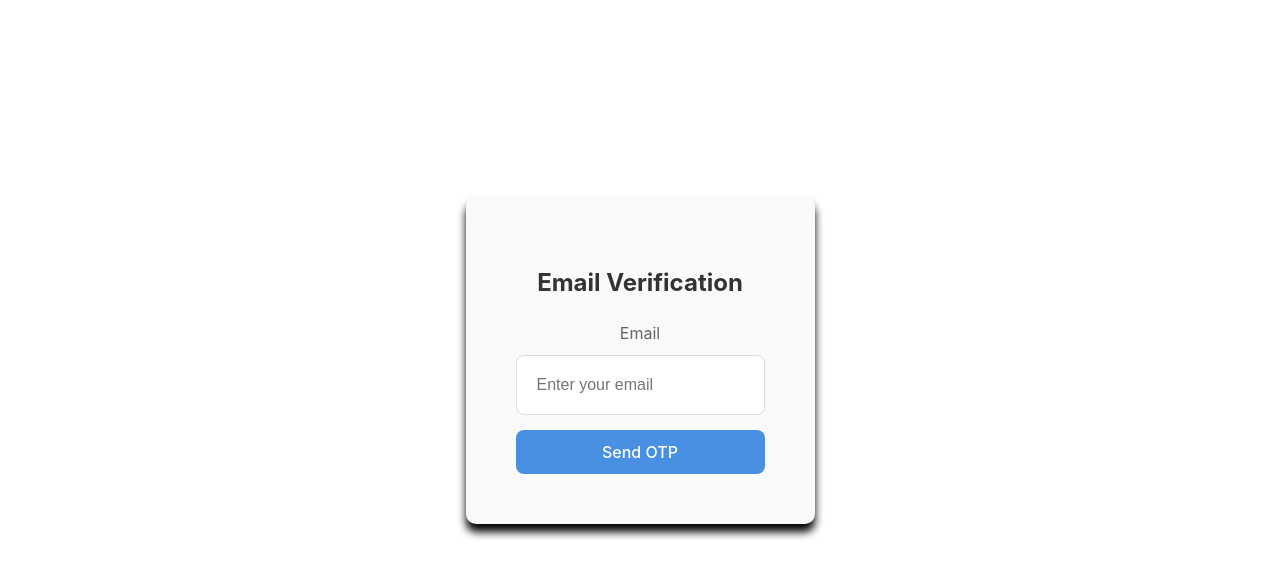
Repository: sarathraj2002/MockTest
Page: / (app in Frontend/)
These files come from the project's save history. The page is drawn as it stood at one moment and after the next save; the edit follows.
The browser window is 1280 px wide. The pictures show the whole page.
The project was rebuilt for these pictures with package versions that can differ from the ones it lists, and the page was loaded fresh each time. Also part of the build but not shown: Frontend/vite.config.js, Frontend/src/components/Home.jsx, Frontend/src/components/Mail.jsx.

Above is the page before, as saved 2024-11-13 17:03:04.

### Frontend/index.html
<!doctype html>
<html lang="en">
  <head>
    <meta charset="UTF-8" />
    <link rel="icon" type="image/svg+xml" href="/vite.svg" />
    <meta name="viewport" content="width=device-width, initial-scale=1.0" />
    <title>MockTest</title>
  </head>
  <body>
    <div id="root"></div>
    <script type="module" src="/src/main.jsx"></script>
  </body>
</html>

### Frontend/src/main.jsx
import { StrictMode } from 'react'
import { createRoot } from 'react-dom/client'
import App from './App.jsx'
import './index.css'
import { BrowserRouter } from 'react-router-dom'


createRoot(document.getElementById('root')).render(
  <StrictMode>
     <BrowserRouter>
    <App />
    </BrowserRouter>
  </StrictMode>,
)

### Frontend/src/App.jsx
import { useState } from 'react'
import './App.css'
import Otp from './components/Otp'
import { Home } from './components/Home'
import { Route,Routes,useNavigate } from 'react-router-dom'
import Mail from './components/Mail'

function App() {
  const [email, setEmail] = useState('');
  const navigate = useNavigate();
  const handleEmailSubmit=(email)=>{
    setEmail(email);
    navigate('/check');
  }


  return (
    <>
    <Routes>
      <Route path='/' element={<Otp onEmailSubmit={handleEmailSubmit}/>}></Route>
      <Route path='/check' element={<Mail/>}></Route>
      <Route path='/home' element={<Home/>}></Route>
    </Routes>
    </>
  )
}

export default App

### Frontend/src/components/Otp.jsx
import React, { useState } from 'react';
import axios from 'axios';

function Email({ onEmailSubmit }) {
  const [email, setEmail] = useState('');
  const [otp, setOtp] = useState('');
  const [errorMessage, setErrorMessage] = useState('');
  const [otpSent, setOtpSent] = useState(false);


  const handleEmailSubmit = async (e) => {
    e.preventDefault();
    setErrorMessage('');
    try {

      const response = await axios.post('http://localhost:5000/api/send-otp', { email });
      const data = response.data;

      console.log(data);

      if (data.success) {
        setOtpSent(true);
        onEmailSubmit(email);
      } else {
        setErrorMessage('Error sending OTP. Please try again.');
      }
    } catch (error) {
      setErrorMessage('An error occurred while sending OTP.');
      console.error('Error:', error);
    }
  };


  const handleOtpSubmit = async (e) => {
    e.preventDefault();
    setErrorMessage('');
    try {
      const response = await axios.post('http://localhost:5000/api/verify-otp', { otp });
      const data = response.data;

      if (data.valid) {
        alert('OTP validated successfully!');
      } else {
        setErrorMessage(data.message || 'Invalid OTP. Please try again.');
      }
    } catch (error) {
      setErrorMessage('An error occurred while validating OTP.');
      console.error('Error:', error);
    }
  };

  return (
   <div
  style={{
    maxWidth: '800px',
    margin: 'auto',
    padding: '50px',
    textAlign: 'center',
    backgroundColor: '#f9f9f9',
    boxShadow: '0 8px 8px rgba(2, 2, 2, 2)',
    borderRadius: '10px',
  }}
>
  <h2 style={{ color: '#333', marginBottom: '20px' }}>Email Verification</h2>
  {!otpSent ? (
    <form onSubmit={handleEmailSubmit} style={{ display: 'flex', flexDirection: 'column' }}>
      <label htmlFor="email" style={{ marginBottom: '10px', color: '#666' }}>Email</label>
      <input
        id="email"
        type="email"
        value={email}
        onChange={(e) => setEmail(e.target.value)}
        required
        placeholder="Enter your email"
        style={{
          padding: '20px',
          marginBottom: '15px',
          borderRadius: '8px',
          border: '1px solid #ddd',
          fontSize: '16px',
        }}
      />
      <button
        type="submit"
        style={{
          padding: '12px 20px',
          backgroundColor: '#4a90e2',
          color: 'white',
          border: 'none',
          borderRadius: '8px',
          cursor: 'pointer',
          transition: 'background-color 0.3s',
        }}
        onMouseEnter={(e) => (e.target.style.backgroundColor = '#357ABD')}
        onMouseLeave={(e) => (e.target.style.backgroundColor = '#4a90e2')}
      >
        Send OTP
      </button>
      {errorMessage && (
        <p style={{ color: 'red', marginTop: '15px' }}>
          {errorMessage}
        </p>
      )}
    </form>
  ) : (
    <form onSubmit={handleOtpSubmit} style={{ display: 'flex', flexDirection: 'column' }}>
      <label htmlFor="otp" style={{ marginBottom: '10px', color: '#666' }}>Enter OTP</label>
      <input
        id="otp"
        type="text"
        value={otp}
        onChange={(e) => setOtp(e.target.value)}
        required
        placeholder="Enter OTP"
        style={{
          padding: '12px',
          marginBottom: '15px',
          borderRadius: '8px',
          border: '1px solid #ddd',
          fontSize: '16px',
        }}
      />
      <button
        type="submit"
        style={{
          padding: '12px 20px',
          backgroundColor: '#5cb85c',
          color: 'white',
          border: 'none',
          borderRadius: '8px',
          cursor: 'pointer',
          transition: 'background-color 0.3s',
        }}
        onMouseEnter={(e) => (e.target.style.backgroundColor = '#4CAE4C')}
        onMouseLeave={(e) => (e.target.style.backgroundColor = '#5cb85c')}
      >
        Validate OTP
      </button>
      {errorMessage && (
        <p style={{ color: 'red', marginTop: '15px' }}>
          {errorMessage}
        </p>
      )}
    </form>
  )}
</div>
)}
export default Email;

Loaded but not shown: Frontend/src/index.css (common file); Frontend/src/App.css (common file)

After the next save:
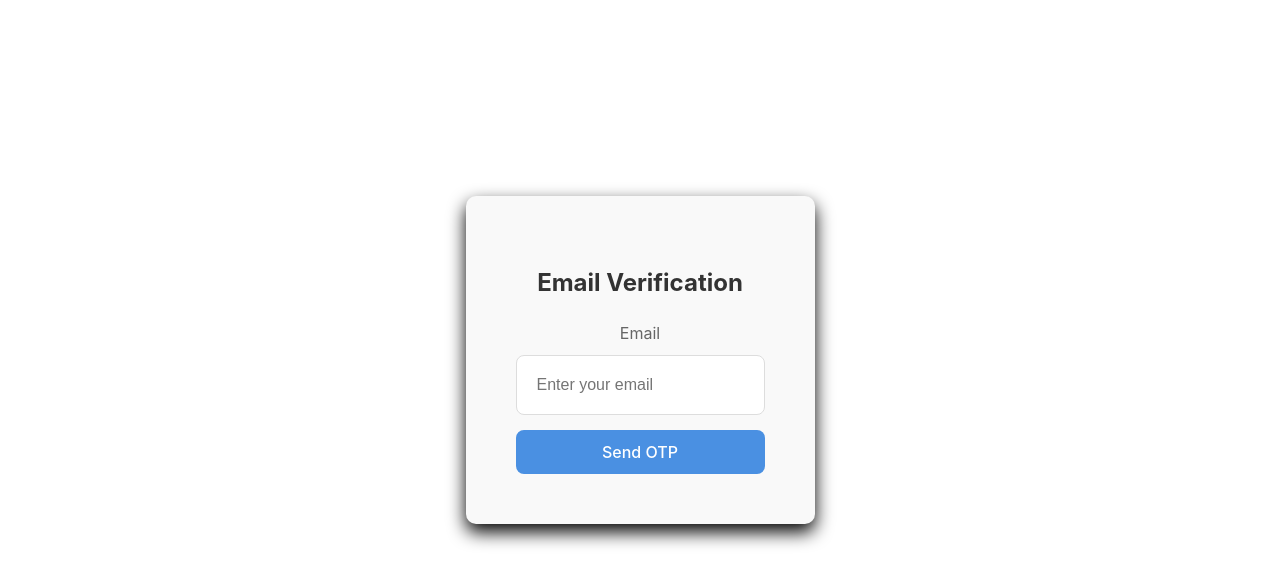
Saved 7 s later.
--- a/Frontend/src/components/Otp.jsx
+++ b/Frontend/src/components/Otp.jsx
@@ -57,7 +57,7 @@ function Email({ onEmailSubmit }) {
     padding: '50px',
     textAlign: 'center',
     backgroundColor: '#f9f9f9',
-    boxShadow: '0 8px 8px rgba(2, 2, 2, 2)',
+    boxShadow: '0 8px 18px rgba(2, 2, 2, 2)',
     borderRadius: '10px',
   }}
 >
